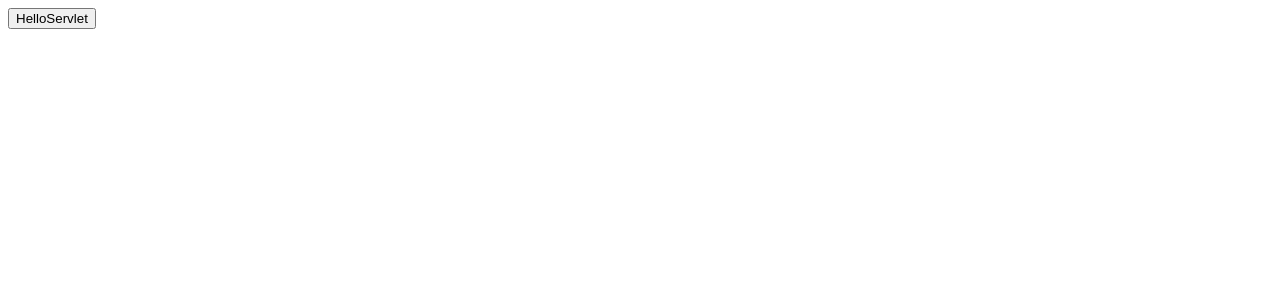
Repository: NoriakiYasumura/test01
Page: http://localhost/HelloServlet/
An editor plug-in stored every save of this project. The page is shown before and after the next save, followed by the edit.
The browser window is 1280 px wide. The pictures show the whole page.
The page is served by Tomcat 9. Other server files are loaded and not shown.

Above is the page before, as saved 2019-03-18 02:36:01.

### HelloServlet/WebContent/index.jsp
<%@ page language="java" contentType="text/html; charset=UTF-8"
    pageEncoding="UTF-8"%>
<!DOCTYPE html>
<html>
	<head>
	<meta charset="UTF-8">
	<title>HelloServlet</title>
	</head>
	<body>
		<input type = "button" value = "HelloServlet" onClick = "location.href ='HelloServlet'">
	</body>
</html>

After the next save:
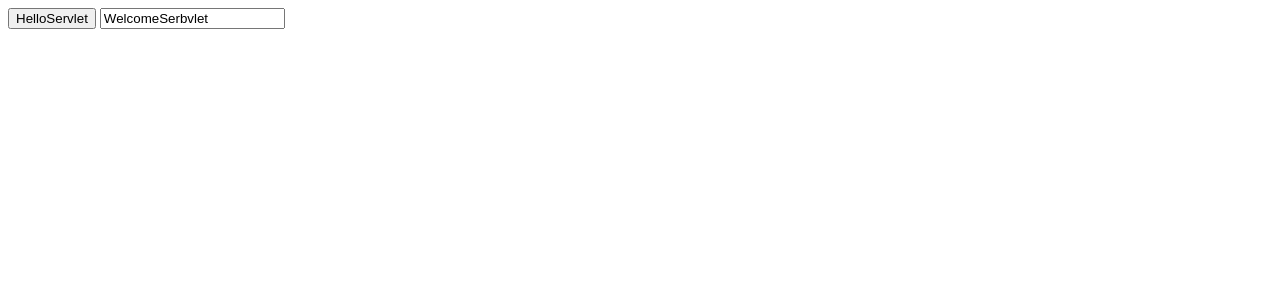
Saved 2 min 17 s later.
--- a/HelloServlet/WebContent/index.jsp
+++ b/HelloServlet/WebContent/index.jsp
@@ -8,5 +8,9 @@
 	</head>
 	<body>
 		<input type = "button" value = "HelloServlet" onClick = "location.href ='HelloServlet'">
+		<input tyoe = "button" value = "WelcomeSerbvlet" onClick = "location.href ='welcome.jsp'">
+
+
+
 	</body>
 </html>
